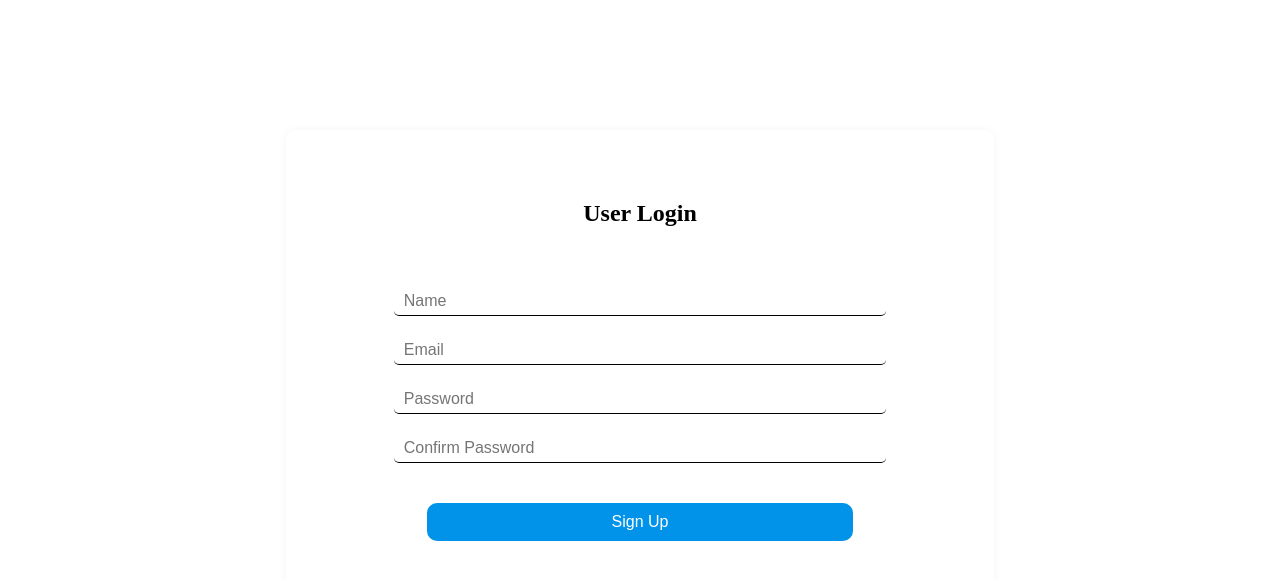
Repository: devSkhandelwal/job-search
Page: /login
An editor plug-in stored every save of this project. The page is shown before and after the next save, followed by the edit.
The browser window is 1280 px wide. The pictures show the whole page.
The project was rebuilt for these pictures with package versions that can differ from the ones it lists, and the page was loaded fresh each time. Also part of the build but not shown: src/actions/jobAction.js, src/components/FormElement/ApplyForm.js, src/containers/JobDetailsContainer.js, src/containers/JobFilterContainer.js, src/components/JobItem.js, src/components/JobList.js, src/containers/JobListContainer.js.

Above is the page before, as saved 2021-05-04 10:03:37.

After the next save:
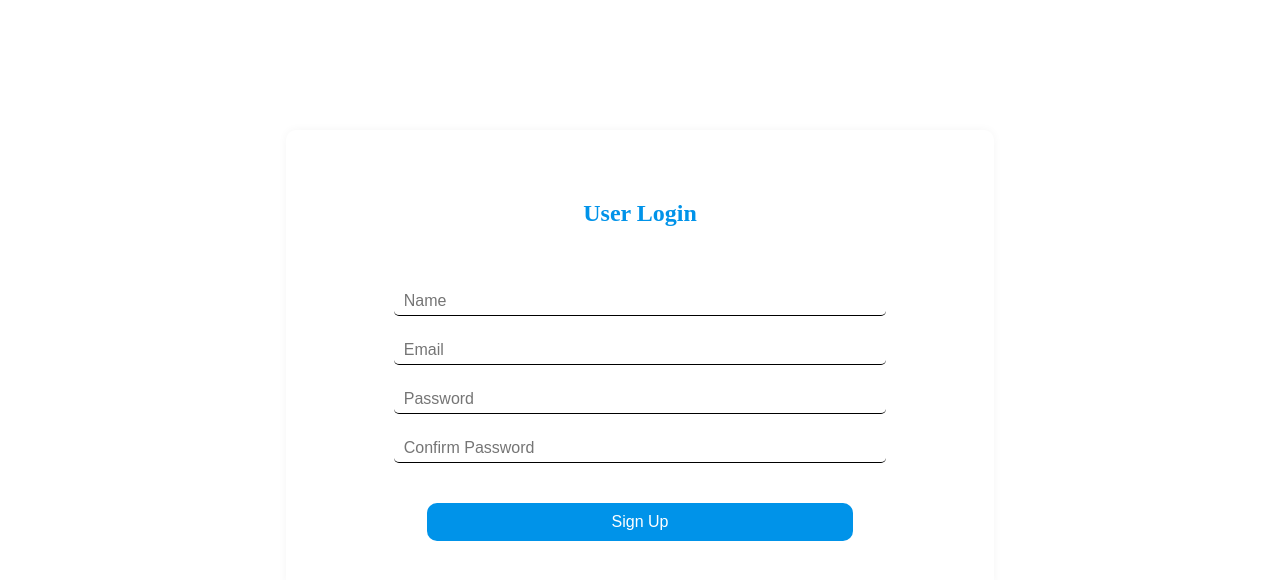
Saved 40 s later.
--- a/src/containers/LoginContainer.css
+++ b/src/containers/LoginContainer.css
@@ -13,4 +13,5 @@
 .login__container h2{
     text-align: center;
     margin: 50px 0;
+    color:#0093E9;
 }
